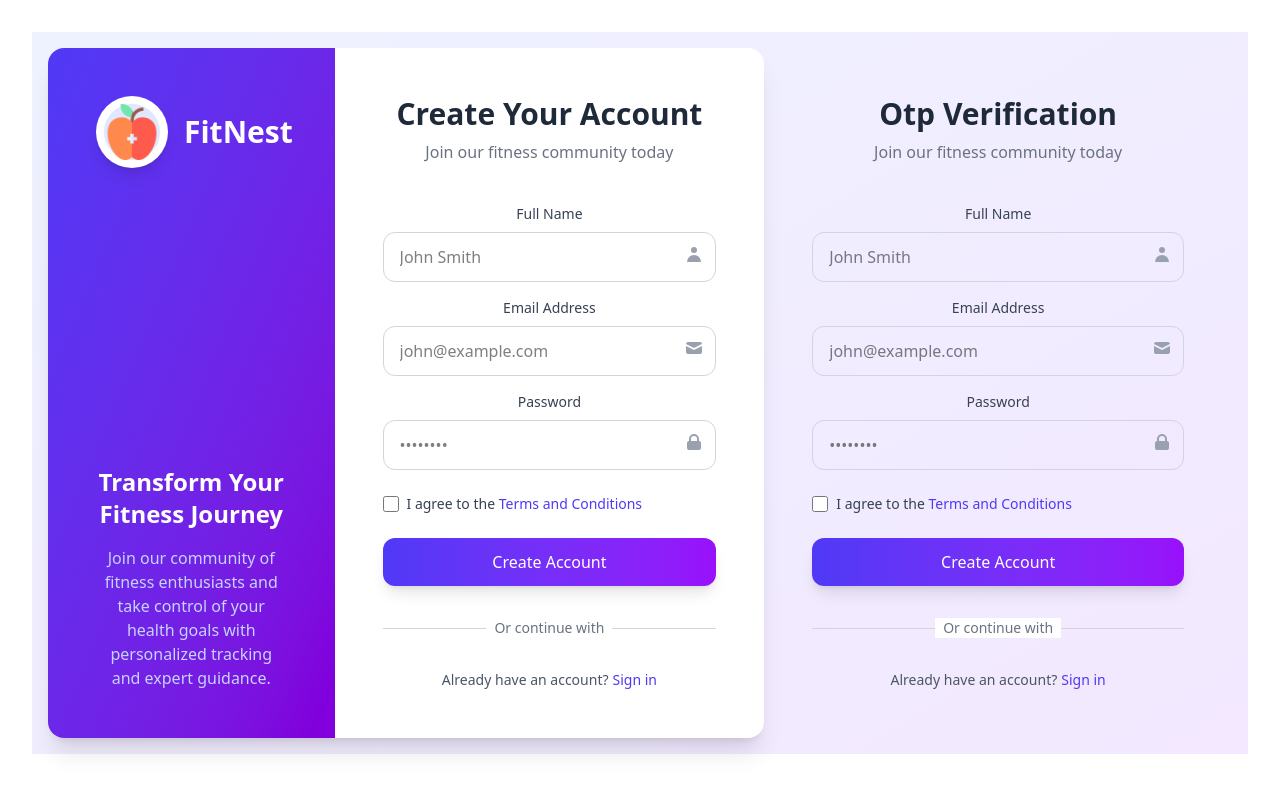
Repository: aryan151pratap/FitPanda
Page: / (app in frontened/)
The author's editor kept a copy of each file at every save. The page is drawn from the files as they stood at one save, then again after the next save.
The browser window is 1280 px wide. The pictures show the whole page.
The project was rebuilt for these pictures with package versions that can differ from the ones it lists, and the page was loaded fresh each time. Also part of the build but not shown: frontened/vite.config.js.

Above is the page before, as saved 2025-06-03 23:33:06.

### frontened/src/App.jsx
import { useState } from 'react'
import './App.css'
import Page_1 from './components/page_1';
import Sign_up from './login/sign_up';

function App() {
  const [count, setCount] = useState(0)

  return (
    <>
    <div className=''>
      <Sign_up/>
      <Page_1/>
    </div>
    </>
  )
}

export default App

### frontened/src/components/page_1.jsx
function Page_1(){
	return(
		<>
		<div className="">

		</div>
		</>
	)
}

export default Page_1;

### frontened/src/login/sign_up.jsx
import React from 'react';
import apple from '../image/apple.png';
import Otp from './otp';

function Sign_up() {
  return (
    <div className="min-h-screen bg-gradient-to-br from-indigo-50 to-purple-100 flex items-center justify-center p-4">
      <div className="w-full max-w-6xl mx-auto">
        <div className="bg-white rounded-2xl shadow-xl overflow-hidden flex flex-col md:flex-row">
          {/* Left Section - Brand Showcase */}
          <div className="w-full md:w-2/5 bg-gradient-to-br from-indigo-600 to-purple-700 p-8 md:p-12 flex flex-col justify-between">
            <div className="flex items-center gap-4">
              <div className="bg-white p-2 rounded-full shadow-lg">
                <div className="bg-indigo-100 w-14 h-14 rounded-full flex items-center justify-center">
                  <img src={apple} alt="" />
                </div>
              </div>
              <h1 className="text-3xl font-bold text-white">FitNest</h1>
            </div>

            <div className="mt-12">
              <h2 className="text-2xl font-bold text-white">Transform Your Fitness Journey</h2>
              <p className="text-indigo-200 mt-4">
                Join our community of fitness enthusiasts and take control of your health goals with personalized tracking and expert guidance.
              </p>
            </div>

          </div>

          {/* Right Section - Sign Up Form */}
          <div className="w-full md:w-3/5 p-8 md:p-12">
            <div className="text-center mb-10">
              <h2 className="text-3xl font-bold text-gray-800">Create Your Account</h2>
              <p className="text-gray-500 mt-2">Join our fitness community today</p>
            </div>

            <form className="space-y-6">
              <div className="space-y-4">
                <div>
                  <label className="block text-gray-700 text-sm font-medium mb-2" htmlFor="name">
                    Full Name
                  </label>
                  <div className="relative">
                    <input
                      id="name"
                      type="text"
                      placeholder="John Smith"
                      className="w-full px-4 py-3 rounded-xl border border-gray-300 focus:outline-none focus:ring-2 focus:ring-indigo-500 focus:border-transparent transition-all"
                    />
                    <div className="absolute right-3 top-3 text-gray-400">
                      <svg xmlns="http://www.w3.org/2000/svg" className="h-5 w-5" viewBox="0 0 20 20" fill="currentColor">
                        <path fillRule="evenodd" d="M10 9a3 3 0 100-6 3 3 0 000 6zm-7 9a7 7 0 1114 0H3z" clipRule="evenodd" />
                      </svg>
                    </div>
                  </div>
                </div>

                <div>
                  <label className="block text-gray-700 text-sm font-medium mb-2" htmlFor="email">
                    Email Address
                  </label>
                  <div className="relative">
                    <input
                      id="email"
                      type="email"
                      placeholder="john@example.com"
                      className="w-full px-4 py-3 rounded-xl border border-gray-300 focus:outline-none focus:ring-2 focus:ring-indigo-500 focus:border-transparent transition-all"
                    />
                    <div className="absolute right-3 top-3 text-gray-400">
                      <svg xmlns="http://www.w3.org/2000/svg" className="h-5 w-5" viewBox="0 0 20 20" fill="currentColor">
                        <path d="M2.003 5.884L10 9.882l7.997-3.998A2 2 0 0016 4H4a2 2 0 00-1.997 1.884z" />
                        <path d="M18 8.118l-8 4-8-4V14a2 2 0 002 2h12a2 2 0 002-2V8.118z" />
                      </svg>
                    </div>
                  </div>
                </div>

                <div>
                  <label className="block text-gray-700 text-sm font-medium mb-2" htmlFor="password">
                    Password
                  </label>
                  <div className="relative">
                    <input
                      id="password"
                      type="password"
                      placeholder="••••••••"
                      className="w-full px-4 py-3 rounded-xl border border-gray-300 focus:outline-none focus:ring-2 focus:ring-indigo-500 focus:border-transparent transition-all"
                    />
                    <div className="absolute right-3 top-3 text-gray-400">
                      <svg xmlns="http://www.w3.org/2000/svg" className="h-5 w-5" viewBox="0 0 20 20" fill="currentColor">
                        <path fillRule="evenodd" d="M5 9V7a5 5 0 0110 0v2a2 2 0 012 2v5a2 2 0 01-2 2H5a2 2 0 01-2-2v-5a2 2 0 012-2zm8-2v2H7V7a3 3 0 016 0z" clipRule="evenodd" />
                      </svg>
                    </div>
                  </div>
                </div>


              </div>

              <div className="flex items-center">
                <input
                  id="terms"
                  type="checkbox"
                  className="h-4 w-4 text-indigo-600 focus:ring-indigo-500 border-gray-300 rounded"
                />
                <label htmlFor="terms" className="ml-2 block text-sm text-gray-700">
                  I agree to the <a href="#" className="text-indigo-600 hover:underline">Terms and Conditions</a>
                </label>
              </div>

              <button
                type="submit"
                className="w-full bg-gradient-to-r from-indigo-600 to-purple-600 text-white py-3 rounded-xl font-medium shadow-lg hover:from-indigo-700 hover:to-purple-700 transition-all duration-300 transform hover:-translate-y-0.5 focus:outline-none focus:ring-2 focus:ring-offset-2 focus:ring-indigo-500"
              >
                Create Account
              </button>
            </form>

            <div className="mt-8">
              <div className="relative">
                <div className="absolute inset-0 flex items-center">
                  <div className="w-full border-t border-gray-300"></div>
                </div>
                <div className="relative flex justify-center text-sm">
                  <span className="px-2 bg-white text-gray-500">Or continue with</span>
                </div>
              </div>

              <div className="mt-8 text-center text-sm text-gray-600">
                Already have an account?
                <a href="#" className="ml-1 font-medium text-indigo-600 hover:text-indigo-500 hover:underline">
                  Sign in
                </a>
              </div>
            </div>
          </div>
        </div>
      </div>
	  <Otp/>
    </div>
  );
}

export default Sign_up;

### frontened/src/login/otp.jsx
function Otp(){
	return(
		<>
		<div className="w-full md:w-3/5 p-8 md:p-12">
            <div className="text-center mb-10">
              <h2 className="text-3xl font-bold text-gray-800">Otp Verification</h2>
              <p className="text-gray-500 mt-2">Join our fitness community today</p>
            </div>

            <form className="space-y-6">
              <div className="space-y-4">
                <div>
                  <label className="block text-gray-700 text-sm font-medium mb-2" htmlFor="name">
                    Full Name
                  </label>
                  <div className="relative">
                    <input
                      id="name"
                      type="text"
                      placeholder="John Smith"
                      className="w-full px-4 py-3 rounded-xl border border-gray-300 focus:outline-none focus:ring-2 focus:ring-indigo-500 focus:border-transparent transition-all"
                    />
                    <div className="absolute right-3 top-3 text-gray-400">
                      <svg xmlns="http://www.w3.org/2000/svg" className="h-5 w-5" viewBox="0 0 20 20" fill="currentColor">
                        <path fillRule="evenodd" d="M10 9a3 3 0 100-6 3 3 0 000 6zm-7 9a7 7 0 1114 0H3z" clipRule="evenodd" />
                      </svg>
                    </div>
                  </div>
                </div>

                <div>
                  <label className="block text-gray-700 text-sm font-medium mb-2" htmlFor="email">
                    Email Address
                  </label>
                  <div className="relative">
                    <input
                      id="email"
                      type="email"
                      placeholder="john@example.com"
                      className="w-full px-4 py-3 rounded-xl border border-gray-300 focus:outline-none focus:ring-2 focus:ring-indigo-500 focus:border-transparent transition-all"
                    />
                    <div className="absolute right-3 top-3 text-gray-400">
                      <svg xmlns="http://www.w3.org/2000/svg" className="h-5 w-5" viewBox="0 0 20 20" fill="currentColor">
                        <path d="M2.003 5.884L10 9.882l7.997-3.998A2 2 0 0016 4H4a2 2 0 00-1.997 1.884z" />
                        <path d="M18 8.118l-8 4-8-4V14a2 2 0 002 2h12a2 2 0 002-2V8.118z" />
                      </svg>
                    </div>
                  </div>
                </div>

                <div>
                  <label className="block text-gray-700 text-sm font-medium mb-2" htmlFor="password">
                    Password
                  </label>
                  <div className="relative">
                    <input
                      id="password"
                      type="password"
                      placeholder="••••••••"
                      className="w-full px-4 py-3 rounded-xl border border-gray-300 focus:outline-none focus:ring-2 focus:ring-indigo-500 focus:border-transparent transition-all"
                    />
                    <div className="absolute right-3 top-3 text-gray-400">
                      <svg xmlns="http://www.w3.org/2000/svg" className="h-5 w-5" viewBox="0 0 20 20" fill="currentColor">
                        <path fillRule="evenodd" d="M5 9V7a5 5 0 0110 0v2a2 2 0 012 2v5a2 2 0 01-2 2H5a2 2 0 01-2-2v-5a2 2 0 012-2zm8-2v2H7V7a3 3 0 016 0z" clipRule="evenodd" />
                      </svg>
                    </div>
                  </div>
                </div>


              </div>

              <div className="flex items-center">
                <input
                  id="terms"
                  type="checkbox"
                  className="h-4 w-4 text-indigo-600 focus:ring-indigo-500 border-gray-300 rounded"
                />
                <label htmlFor="terms" className="ml-2 block text-sm text-gray-700">
                  I agree to the <a href="#" className="text-indigo-600 hover:underline">Terms and Conditions</a>
                </label>
              </div>

              <button
                type="submit"
                className="w-full bg-gradient-to-r from-indigo-600 to-purple-600 text-white py-3 rounded-xl font-medium shadow-lg hover:from-indigo-700 hover:to-purple-700 transition-all duration-300 transform hover:-translate-y-0.5 focus:outline-none focus:ring-2 focus:ring-offset-2 focus:ring-indigo-500"
              >
                Create Account
              </button>
            </form>

            <div className="mt-8">
              <div className="relative">
                <div className="absolute inset-0 flex items-center">
                  <div className="w-full border-t border-gray-300"></div>
                </div>
                <div className="relative flex justify-center text-sm">
                  <span className="px-2 bg-white text-gray-500">Or continue with</span>
                </div>
              </div>

              <div className="mt-8 text-center text-sm text-gray-600">
                Already have an account?
                <a href="#" className="ml-1 font-medium text-indigo-600 hover:text-indigo-500 hover:underline">
                  Sign in
                </a>
              </div>
            </div>
          </div>
		</>
	)
}

export default Otp;

Loaded but not shown: frontened/index.html (common file); frontened/src/main.jsx (common file); frontened/src/App.css (common file)

After the next save:
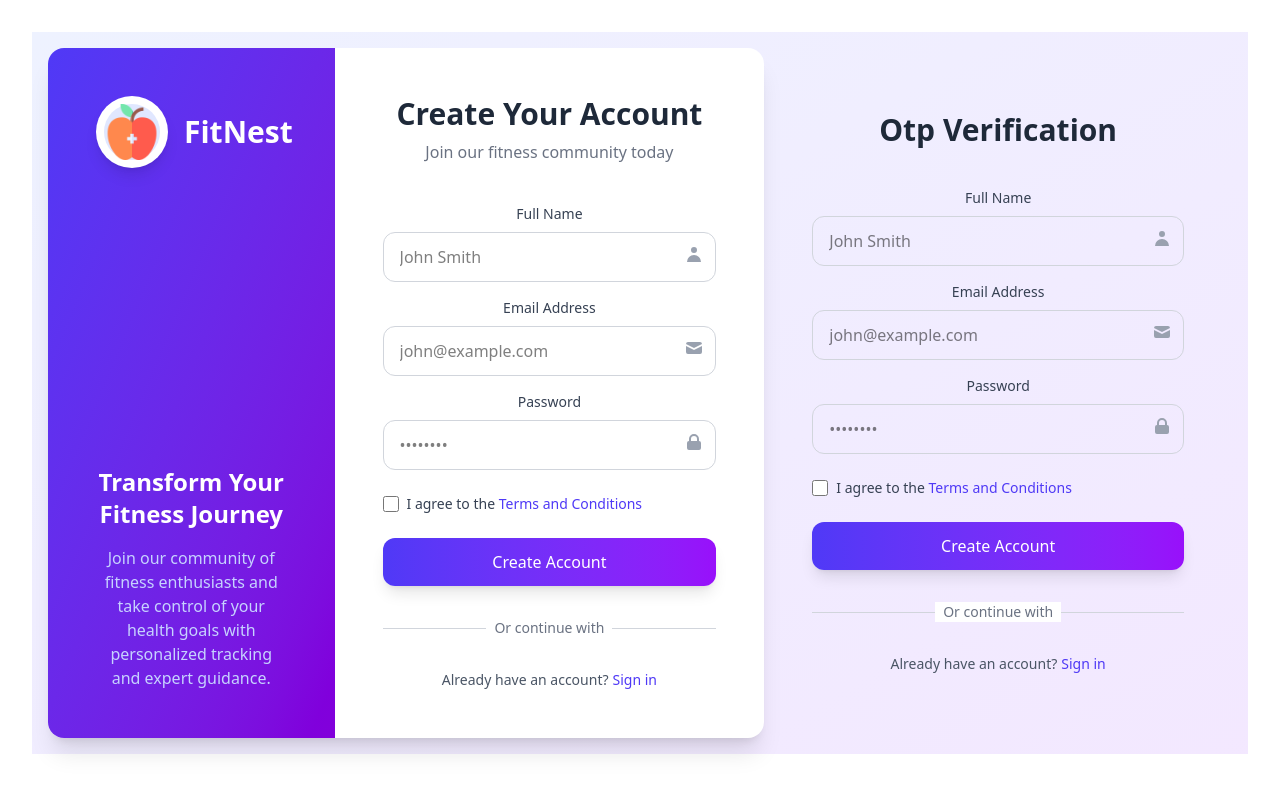
Saved 13 s later.
--- a/frontened/src/login/otp.jsx
+++ b/frontened/src/login/otp.jsx
@@ -4,7 +4,7 @@ function Otp(){
 		<div className="w-full md:w-3/5 p-8 md:p-12">
             <div className="text-center mb-10">
               <h2 className="text-3xl font-bold text-gray-800">Otp Verification</h2>
-              <p className="text-gray-500 mt-2">Join our fitness community today</p>
+              <p className="text-gray-500 mt-2"></p>
             </div>
 
             <form className="space-y-6">
